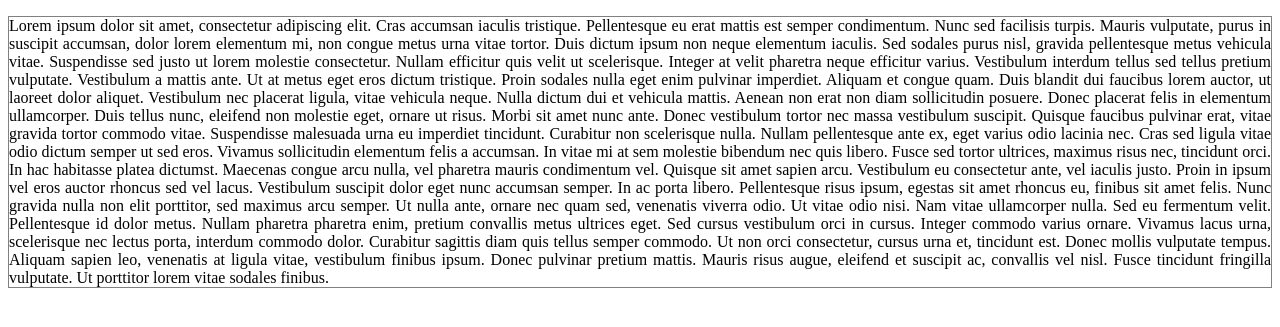
Repository: PareutPareut/frontend
Page: markDowns/htmlCssStudy/exRUN.html
An editor plug-in stored every save of this project. The page is shown before and after the next save, followed by the edit.
The browser window is 1280 px wide. The pictures show the whole page.

Above is the page before, as saved 2023-11-30 16:45:53.

### markDowns/htmlCssStudy/exRUN.html
<!DOCTYPE html>
<html>
  <head>
    <style>
      p{
        text-align: justify;
        border:1px solid gray;
      }
    </style>
  </head>
  <body>
    <p>
      Lorem ipsum dolor sit amet, consectetur adipiscing elit. Cras accumsan iaculis tristique. Pellentesque eu erat mattis est semper condimentum. Nunc sed facilisis turpis. Mauris vulputate, purus in suscipit accumsan, dolor lorem elementum mi, non congue metus urna vitae tortor. Duis dictum ipsum non neque elementum iaculis. Sed sodales purus nisl, gravida pellentesque metus vehicula vitae. Suspendisse sed justo ut lorem molestie consectetur. Nullam efficitur quis velit ut scelerisque. Integer at velit pharetra neque efficitur varius.

Vestibulum interdum tellus sed tellus pretium vulputate. Vestibulum a mattis ante. Ut at metus eget eros dictum tristique. Proin sodales nulla eget enim pulvinar imperdiet. Aliquam et congue quam. Duis blandit dui faucibus lorem auctor, ut laoreet dolor aliquet. Vestibulum nec placerat ligula, vitae vehicula neque. Nulla dictum dui et vehicula mattis. Aenean non erat non diam sollicitudin posuere.

Donec placerat felis in elementum ullamcorper. Duis tellus nunc, eleifend non molestie eget, ornare ut risus. Morbi sit amet nunc ante. Donec vestibulum tortor nec massa vestibulum suscipit. Quisque faucibus pulvinar erat, vitae gravida tortor commodo vitae. Suspendisse malesuada urna eu imperdiet tincidunt. Curabitur non scelerisque nulla. Nullam pellentesque ante ex, eget varius odio lacinia nec. Cras sed ligula vitae odio dictum semper ut sed eros. Vivamus sollicitudin elementum felis a accumsan. In vitae mi at sem molestie bibendum nec quis libero. Fusce sed tortor ultrices, maximus risus nec, tincidunt orci.

In hac habitasse platea dictumst. Maecenas congue arcu nulla, vel pharetra mauris condimentum vel. Quisque sit amet sapien arcu. Vestibulum eu consectetur ante, vel iaculis justo. Proin in ipsum vel eros auctor rhoncus sed vel lacus. Vestibulum suscipit dolor eget nunc accumsan semper. In ac porta libero. Pellentesque risus ipsum, egestas sit amet rhoncus eu, finibus sit amet felis. Nunc gravida nulla non elit porttitor, sed maximus arcu semper. Ut nulla ante, ornare nec quam sed, venenatis viverra odio. Ut vitae odio nisi. Nam vitae ullamcorper nulla. Sed eu fermentum velit. Pellentesque id dolor metus. Nullam pharetra pharetra enim, pretium convallis metus ultrices eget. Sed cursus vestibulum orci in cursus.

Integer commodo varius ornare. Vivamus lacus urna, scelerisque nec lectus porta, interdum commodo dolor. Curabitur sagittis diam quis tellus semper commodo. Ut non orci consectetur, cursus urna et, tincidunt est. Donec mollis vulputate tempus. Aliquam sapien leo, venenatis at ligula vitae, vestibulum finibus ipsum. Donec pulvinar pretium mattis. Mauris risus augue, eleifend et suscipit ac, convallis vel nisl. Fusce tincidunt fringilla vulputate. Ut porttitor lorem vitae sodales finibus.
    </p>
  </body>
</html>

After the next save:
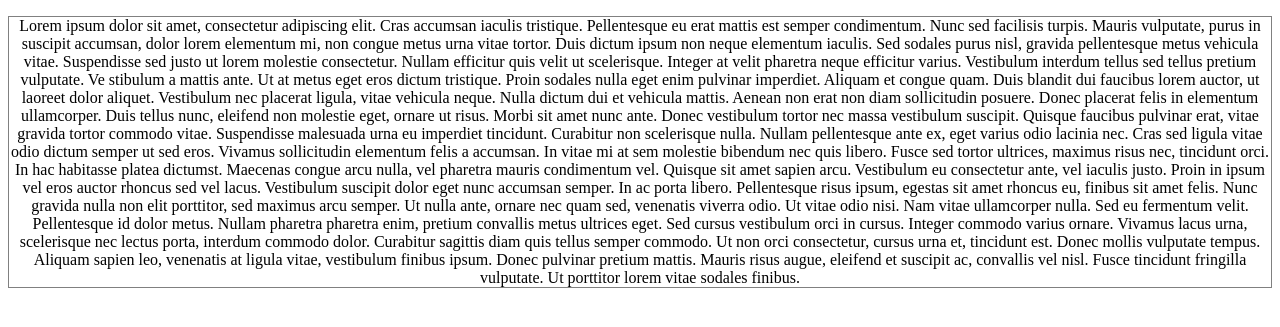
Saved 45 s later.
--- a/markDowns/htmlCssStudy/exRUN.html
+++ b/markDowns/htmlCssStudy/exRUN.html
@@ -3,16 +3,18 @@
   <head>
     <style>
       p{
-        text-align: justify;
+        text-align: center;
         border:1px solid gray;
       }
     </style>
   </head>
   <body>
     <p>
-      Lorem ipsum dolor sit amet, consectetur adipiscing elit. Cras accumsan iaculis tristique. Pellentesque eu erat mattis est semper condimentum. Nunc sed facilisis turpis. Mauris vulputate, purus in suscipit accumsan, dolor lorem elementum mi, non congue metus urna vitae tortor. Duis dictum ipsum non neque elementum iaculis. Sed sodales purus nisl, gravida pellentesque metus vehicula vitae. Suspendisse sed justo ut lorem molestie consectetur. Nullam efficitur quis velit ut scelerisque. Integer at velit pharetra neque efficitur varius.
+      Lorem ipsum dolor sit amet, consectetur adipiscing elit.
+      Cras accumsan iaculis tristique. Pellentesque eu erat mattis est semper condimentum. Nunc sed facilisis turpis. Mauris vulputate, purus in suscipit accumsan, dolor lorem elementum mi, non congue metus urna vitae tortor. Duis dictum ipsum non neque elementum iaculis. Sed sodales purus nisl, gravida pellentesque metus vehicula vitae. Suspendisse sed justo ut lorem molestie consectetur. Nullam efficitur quis velit ut scelerisque. Integer at velit pharetra neque efficitur varius.
 
-Vestibulum interdum tellus sed tellus pretium vulputate. Vestibulum a mattis ante. Ut at metus eget eros dictum tristique. Proin sodales nulla eget enim pulvinar imperdiet. Aliquam et congue quam. Duis blandit dui faucibus lorem auctor, ut laoreet dolor aliquet. Vestibulum nec placerat ligula, vitae vehicula neque. Nulla dictum dui et vehicula mattis. Aenean non erat non diam sollicitudin posuere.
+Vestibulum interdum tellus sed tellus pretium vulputate. Ve
+stibulum a mattis ante. Ut at metus eget eros dictum tristique. Proin sodales nulla eget enim pulvinar imperdiet. Aliquam et congue quam. Duis blandit dui faucibus lorem auctor, ut laoreet dolor aliquet. Vestibulum nec placerat ligula, vitae vehicula neque. Nulla dictum dui et vehicula mattis. Aenean non erat non diam sollicitudin posuere.
 
 Donec placerat felis in elementum ullamcorper. Duis tellus nunc, eleifend non molestie eget, ornare ut risus. Morbi sit amet nunc ante. Donec vestibulum tortor nec massa vestibulum suscipit. Quisque faucibus pulvinar erat, vitae gravida tortor commodo vitae. Suspendisse malesuada urna eu imperdiet tincidunt. Curabitur non scelerisque nulla. Nullam pellentesque ante ex, eget varius odio lacinia nec. Cras sed ligula vitae odio dictum semper ut sed eros. Vivamus sollicitudin elementum felis a accumsan. In vitae mi at sem molestie bibendum nec quis libero. Fusce sed tortor ultrices, maximus risus nec, tincidunt orci.
 
